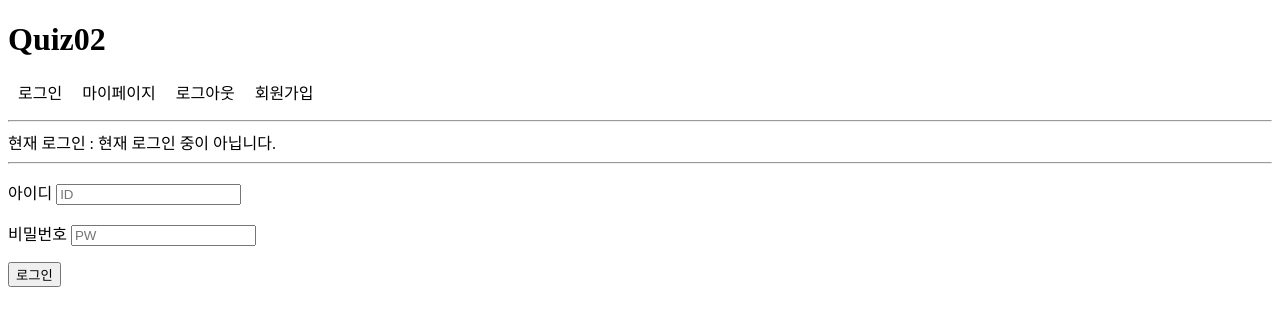
Repository: ChimmyWorld/JSP
Page: http://localhost/Day50/quiz2/login.jsp
An editor plug-in stored every save of this project. The page is shown before and after the next save, followed by the edit.
The browser window is 1280 px wide. The pictures show the whole page.
The page is served by Tomcat 9. Other server files are loaded and not shown.

Above is the page before, as saved 2023-09-19 05:49:04.

### Day50/WebContent/quiz2/login.jsp
<%@ page language="java" contentType="text/html; charset=UTF-8"
    pageEncoding="UTF-8"%>
<%@ include file="header.jsp" %>

<article>
	<form action="loginPro.jsp" method="POST">
		<p>
			<label for="userid">아이디</label>
			<input id ="userid" name="userid" placeholder="ID">
		</p>

		<p>
			<label for="userpw">비밀번호</label>
			<input id="userpw" name="userpw" placeholder="PW">
		</p>

		<button>로그인</button>
	</form>
</article>

</body>
</html>

### Day50/WebContent/quiz2/header.jsp
<%@page import="beans.AccountVO"%>
<%@ page language="java" contentType="text/html; charset=UTF-8"
    pageEncoding="UTF-8"%>
<!DOCTYPE html>
<html>
<head>
<meta charset="UTF-8">
<title>header.jsp</title>

<link rel="stylesheet" href="../css/style.css">
</head>
<body>
	<jsp:useBean id="dao" class="model.AccountDAO"/>

	<%
		AccountVO user = (AccountVO)session.getAttribute("user");

		String login = "logout";
		String myPage = "myPage";

		if (user == null) {
			user = new AccountVO();
			user.setNick("현재 로그인 중이 아닙니다.");

			login = "login";
			myPage ="";
		}
	%>

	<h1>Quiz02</h1>

	<ul class="menu">
		<li><a href="login.jsp">로그인</a></li>
		<li><a href="myPage.jsp">마이페이지</a>
		<li><a href="logout.jsp">로그아웃</a>
		<li><a href="signUp.jsp">회원가입</a>
	</ul>

	<hr>
	<div>현재 로그인 : <%=user.getNick() %></div>
	<hr>

</body>
</html>

### Day50/src/model/DAO.java
package model;

import java.sql.Connection;
import java.sql.PreparedStatement;
import java.sql.ResultSet;
import java.sql.SQLException;
import java.sql.Statement;

import javax.naming.Context;
import javax.naming.InitialContext;
import javax.naming.NamingException;
import javax.sql.DataSource;

public class DAO {
	protected Context ct;
	protected DataSource ds;

	protected Connection conn;
	protected Statement stmt;
	protected PreparedStatement pstmt;
	protected ResultSet rs;

	public DAO() {
		try {
			ct = new InitialContext();
			ds = (DataSource) ct.lookup("java:comp/env/jdbc/oracle");



		} catch (NamingException e) {
			System.err.println("생성자 예외" + e.getMessage());
		} finally {
			close();
		}

	}

	protected void close() {
		try {
			if (rs != null) rs.close();
			if (pstmt != null) pstmt.close();
			if (stmt != null) stmt.close();
			if (conn != null) conn.close();

		} catch (Exception e) {}
	}

	public String test() {
		String sql = "select banner from v$version";
		try {
			conn = ds.getConnection();
			stmt = conn.createStatement();
			rs = stmt.executeQuery(sql);

			rs.next();

			return rs.getString("banner");

		} catch (SQLException e) {
			System.err.println("test 예외 :" + e.getMessage());
		} finally {
			close();
		}

		return null;
	}
}

### Day50/src/model/AccountDAO.java
package model;

import java.sql.ResultSet;
import java.sql.SQLException;
import java.util.ArrayList;
import java.util.List;

import beans.AccountVO;

public class AccountDAO extends DAO{

	private AccountVO mapper(ResultSet rs) throws SQLException{
		AccountVO row = new AccountVO();

		row.setEmail(rs.getString("email"));
		row.setIdx(rs.getInt("idx"));
		row.setJoin_date(rs.getDate("join_date"));
		row.setNick(rs.getString("nick"));
		row.setUserid(rs.getString("userid"));
		row.setUserpw(rs.getString("userpw"));

		return row;
	}

	public List<AccountVO> selectAll(){
		String sql = "select * from account";

		try {
			conn = ds.getConnection();
			stmt = conn.createStatement();
			rs = stmt.executeQuery(sql);

			List<AccountVO> list = new ArrayList<>();

			while (rs.next()) {
				AccountVO row = mapper(rs);
				list.add(row);
			}

			return list;
		} catch(SQLException e) {
			System.err.println("selectAll 예외" + e.getMessage());
		} finally {
			close();
		}
		return null;
	}

	public AccountVO selectOne(AccountVO input) {
		String sql = "select * "
				+ "from account where "
				+ "userid = ? "
				+ "and userpw = ?";

		try {
			conn = ds.getConnection();
			pstmt = conn.prepareStatement(sql);

			pstmt.setString(1, input.getUserid());
			pstmt.setString(2, input.getUserpw());

			rs = pstmt.executeQuery();
			rs.next();

			AccountVO row = mapper(rs);

			return row;
		} catch (SQLException e) {
			System.err.println("selectOne 예외 " + e.getMessage());
		} finally {
			close();
		}
		return null;
	}

}

### Day50/src/beans/AccountVO.java
package beans;
/*
 IDX       NOT NULL NUMBER
USERID    NOT NULL VARCHAR2(20)
USERPW    NOT NULL VARCHAR2(20)
NICK      NOT NULL VARCHAR2(100)
EMAIL     NOT NULL VARCHAR2(100)
JOIN_DATE          DATE
 */

import java.sql.Date;

public class AccountVO {
	private int idx;
	private String userid;
	private String userpw;
	private String nick;
	private String Email;
	private Date join_date;
	public int getIdx() {
		return idx;
	}
	public void setIdx(int idx) {
		this.idx = idx;
	}
	public String getUserid() {
		return userid;
	}
	public void setUserid(String userid) {
		this.userid = userid;
	}
	public String getUserpw() {
		return userpw;
	}
	public void setUserpw(String userpw) {
		this.userpw = userpw;
	}
	public String getNick() {
		return nick;
	}
	public void setNick(String nick) {
		this.nick = nick;
	}
	public String getEmail() {
		return Email;
	}
	public void setEmail(String email) {
		Email = email;
	}
	public Date getJoin_date() {
		return join_date;
	}
	public void setJoin_date(Date join_date) {
		this.join_date = join_date;
	}





}

### Day50/WebContent/css/style.css
@charset "UTF-8";
a{
	color: inherit;
	text-decoration: none;
}
nav {
	display: flex;
	justify-content: space-between;
}
.menu {
	list-style: none;
	padding: 0;
	display: flex;
}
.menu > li {
	margin: 0 10px;
}
.accounts{
	border-collapse: collapse;
}
.accounts th, .accounts td {
	border: 1px solid #a0a0a0;
	padding: 5px 10px;
}

After the next save:
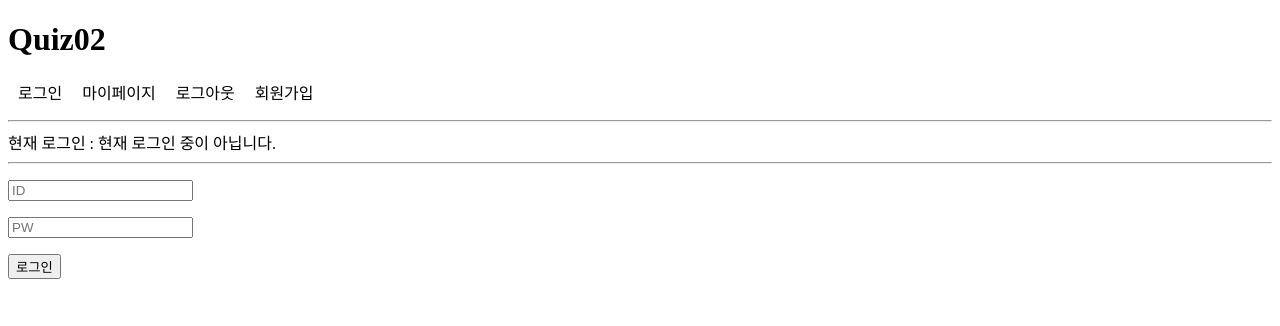
Saved 23 s later.
--- a/Day50/WebContent/quiz2/login.jsp
+++ b/Day50/WebContent/quiz2/login.jsp
@@ -4,15 +4,8 @@
 
 <article>
 	<form action="loginPro.jsp" method="POST">
-		<p>
-			<label for="userid">아이디</label>
-			<input id ="userid" name="userid" placeholder="ID">
-		</p>
-
-		<p>
-			<label for="userpw">비밀번호</label>
-			<input id="userpw" name="userpw" placeholder="PW">
-		</p>
+		<p><input id ="userid" name="userid" placeholder="ID"></p>
+		<p><input id="userpw" name="userpw" placeholder="PW"></p>
 
 		<button>로그인</button>
 	</form>
